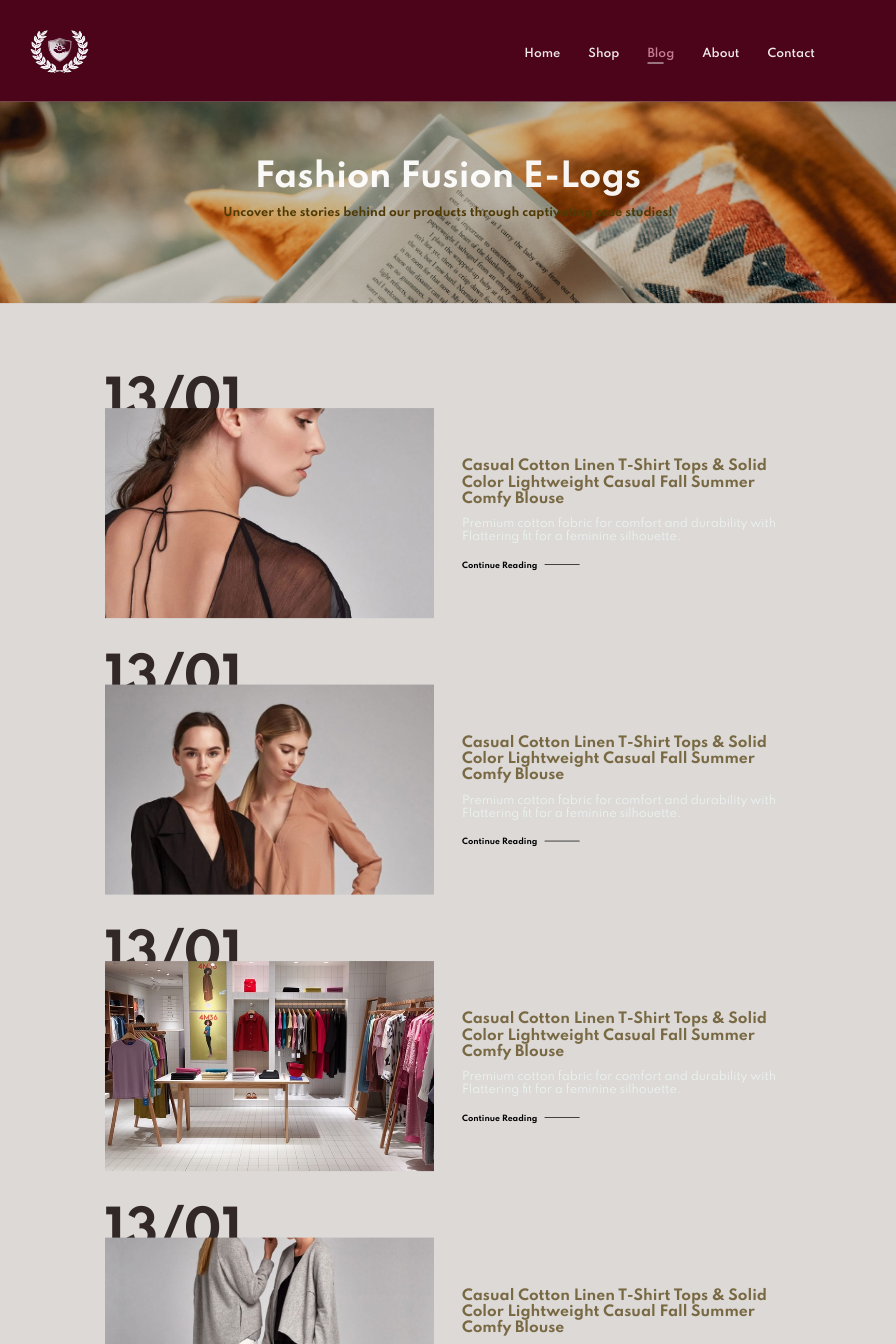
Repository: JhananiNallasamy/ECommerce-website-deployment
Page: blog.html
These files come from the project's save history. The page is drawn as it stood at one moment and after the next save; the edit follows.
The browser window is 1280 px wide. The pictures show the part of the page from y = 0 to 1920 px (the page is 3598 px tall), at 70% of full size.
Some web libraries are served in a nearby version.

Above is the page before, as saved 2024-05-05 10:37:45.

After the next save:
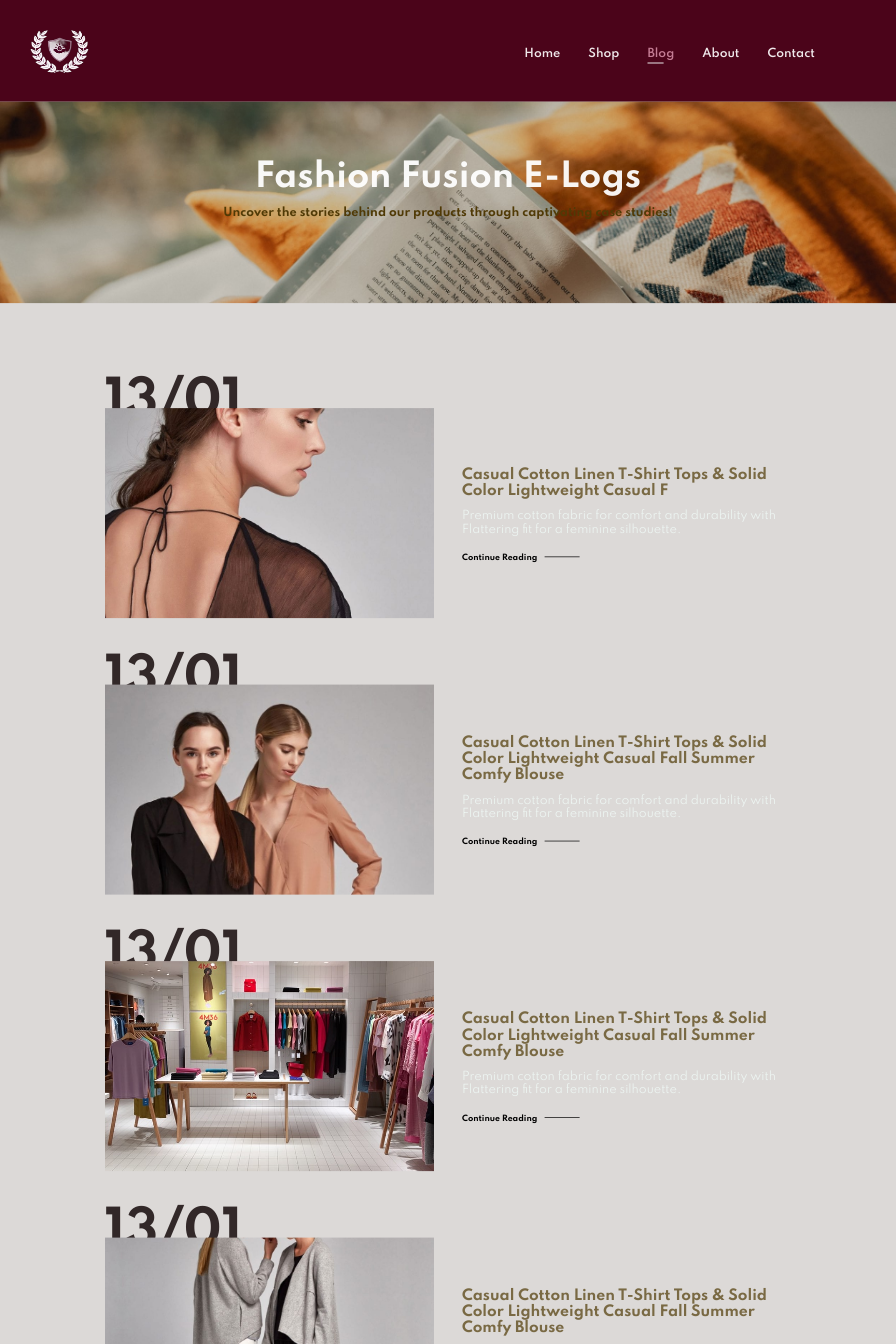
Saved 2 min 23 s later.
--- a/blog.html
+++ b/blog.html
@@ -43,7 +43,7 @@
                 <img src="img/blog/b1.jpg" alt="b1 in blog">
             </div>
             <div class="blog-details">
-            <h4 style="color: #503a06b4;"> Casual Cotton Linen T-Shirt Tops & Solid Color Lightweight Casual Fall Summer Comfy Blouse </h4>
+            <h4 style="color: #503a06b4;"> Casual Cotton Linen T-Shirt Tops & Solid Color Lightweight Casual F </h4>
             <p>Premium cotton fabric for comfort and durability with Flattering fit for a feminine silhouette.</p>
             <a href="#"> Continue Reading </a>
             </div>
